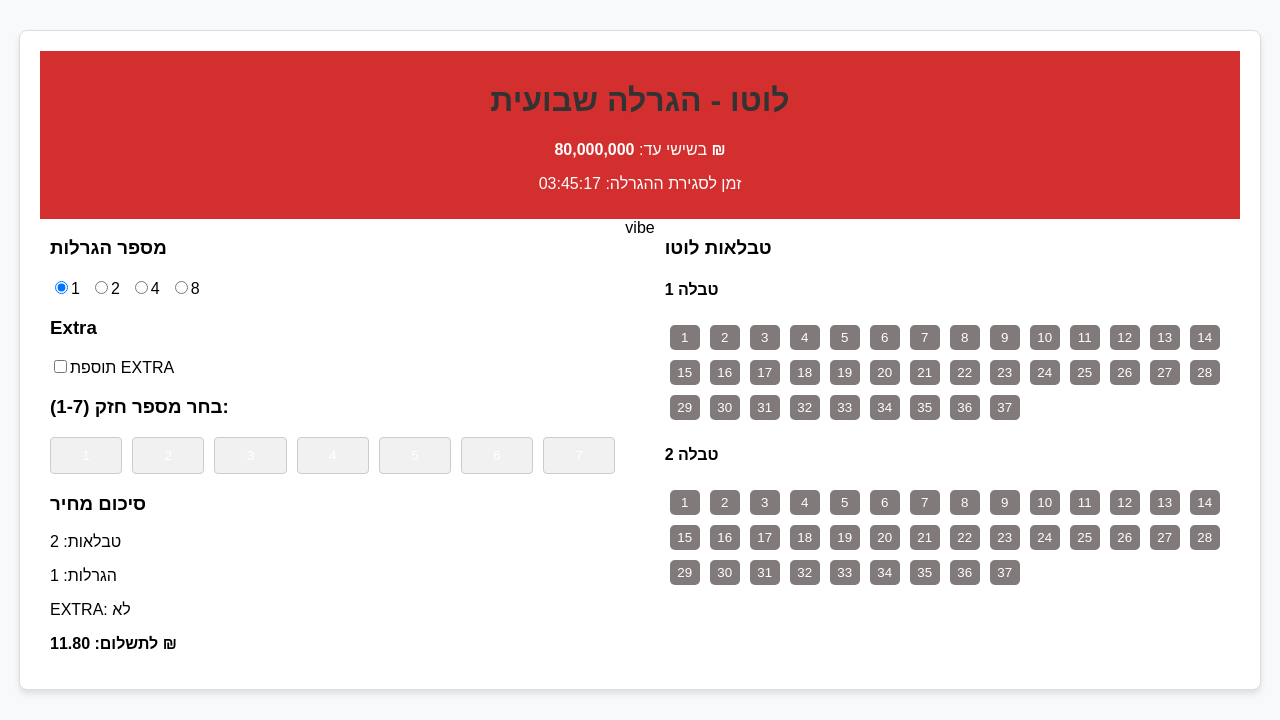
Repository: Giltih/LottoForm1
Page: /
These files come from the project's save history. The page is drawn as it stood at one moment and after the next save; the edit follows.
The browser window is 1280 px wide. The pictures show the whole page.
The project was rebuilt for these pictures with package versions that can differ from the ones it lists, and the page was loaded fresh each time. Also part of the build but not shown: vite.config.ts.

Above is the page before, as saved 2025-02-09 20:32:00.

After the next save:
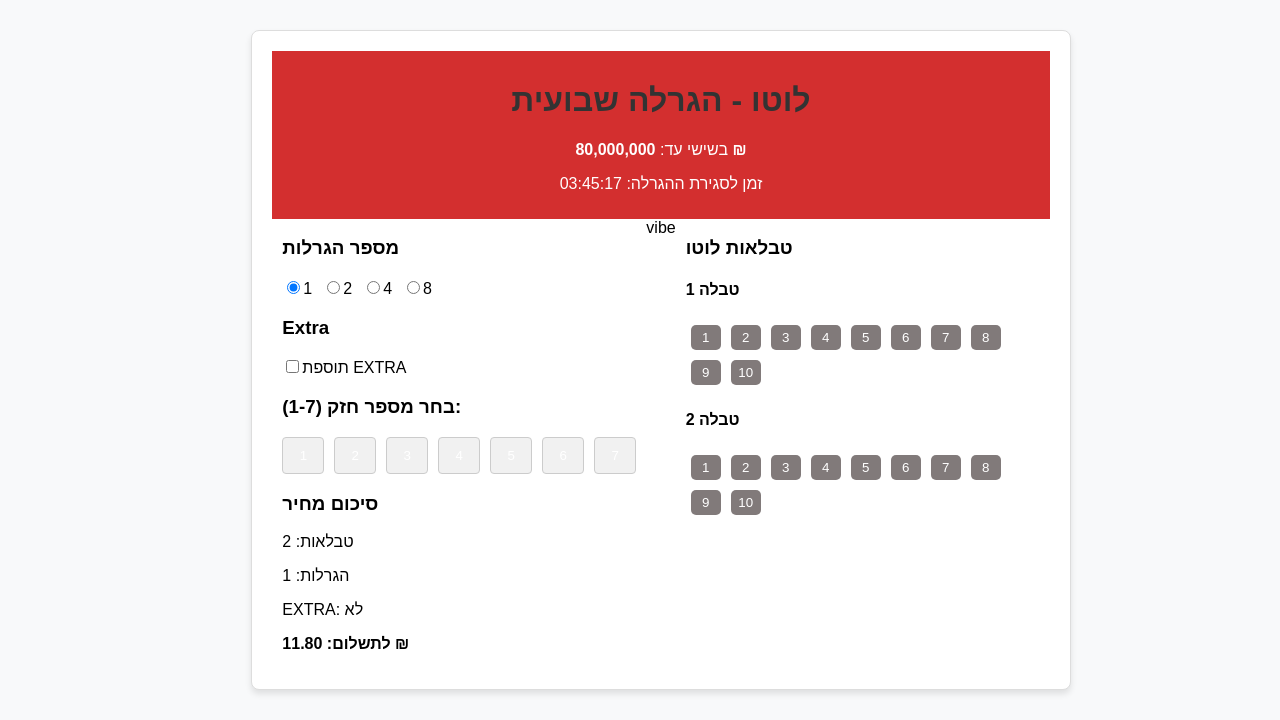
Saved 110 s later.
--- a/src/components/LottoForm.tsx
+++ b/src/components/LottoForm.tsx
@@ -7,7 +7,8 @@
 }
 
 const LottoForm: React.FC<Props> = ({ tableCount, selectedNumbers, onNumberSelect }) => {
-  const numbers = Array.from({ length: 37 }, (_, i) => i + 1); // מספרים 1-37
+  const numbers = Array.from({length: 10}, (_, i) => i + 1)
+  Array.from({ length: 37 }, (_, i) => i + 1); // מספרים 1-37
 
   return (
     <div>

After the 2 saves that followed:
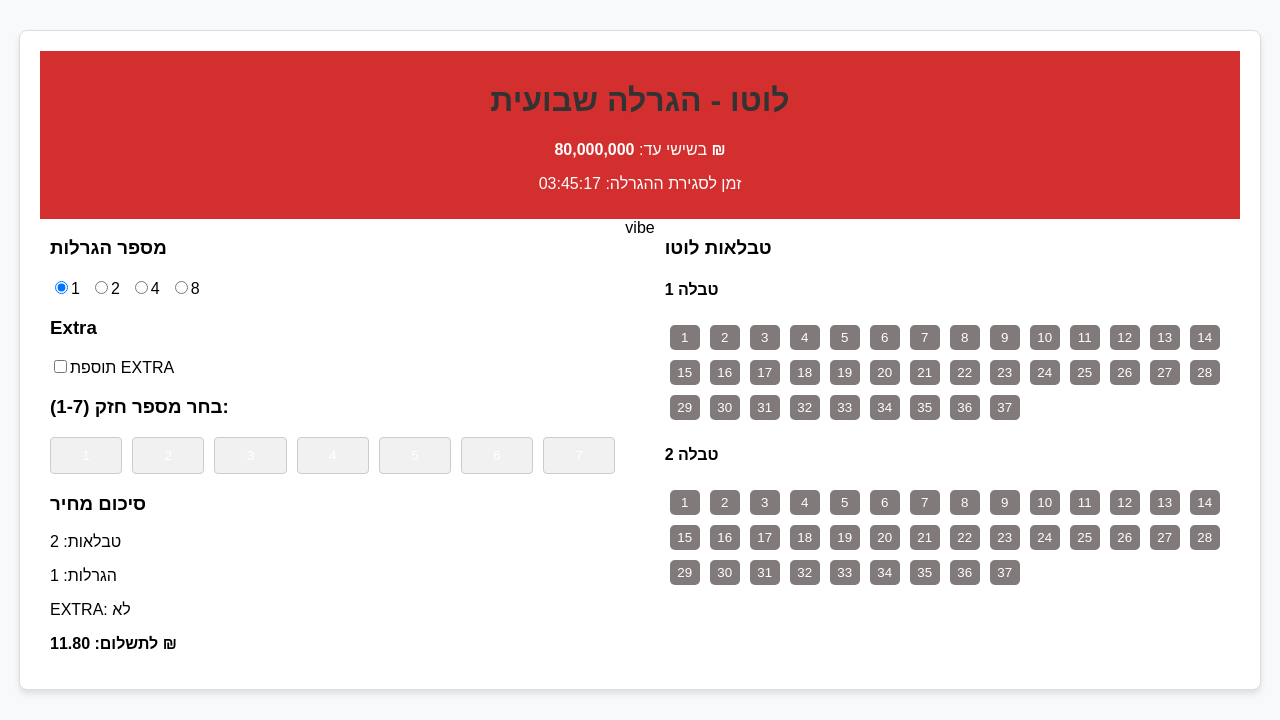
The 2 saves are shown as one change because 1 left the picture as it was.
The last was saved 15 s later.
--- a/src/components/LottoForm.tsx
+++ b/src/components/LottoForm.tsx
@@ -7,8 +7,7 @@
 }
 
 const LottoForm: React.FC<Props> = ({ tableCount, selectedNumbers, onNumberSelect }) => {
-  const numbers = Array.from({length: 10}, (_, i) => i + 1)
-  Array.from({ length: 37 }, (_, i) => i + 1); // מספרים 1-37
+  const numbers = Array.from({length: 37}, (_, i) => i + 1)
 
   return (
     <div>
